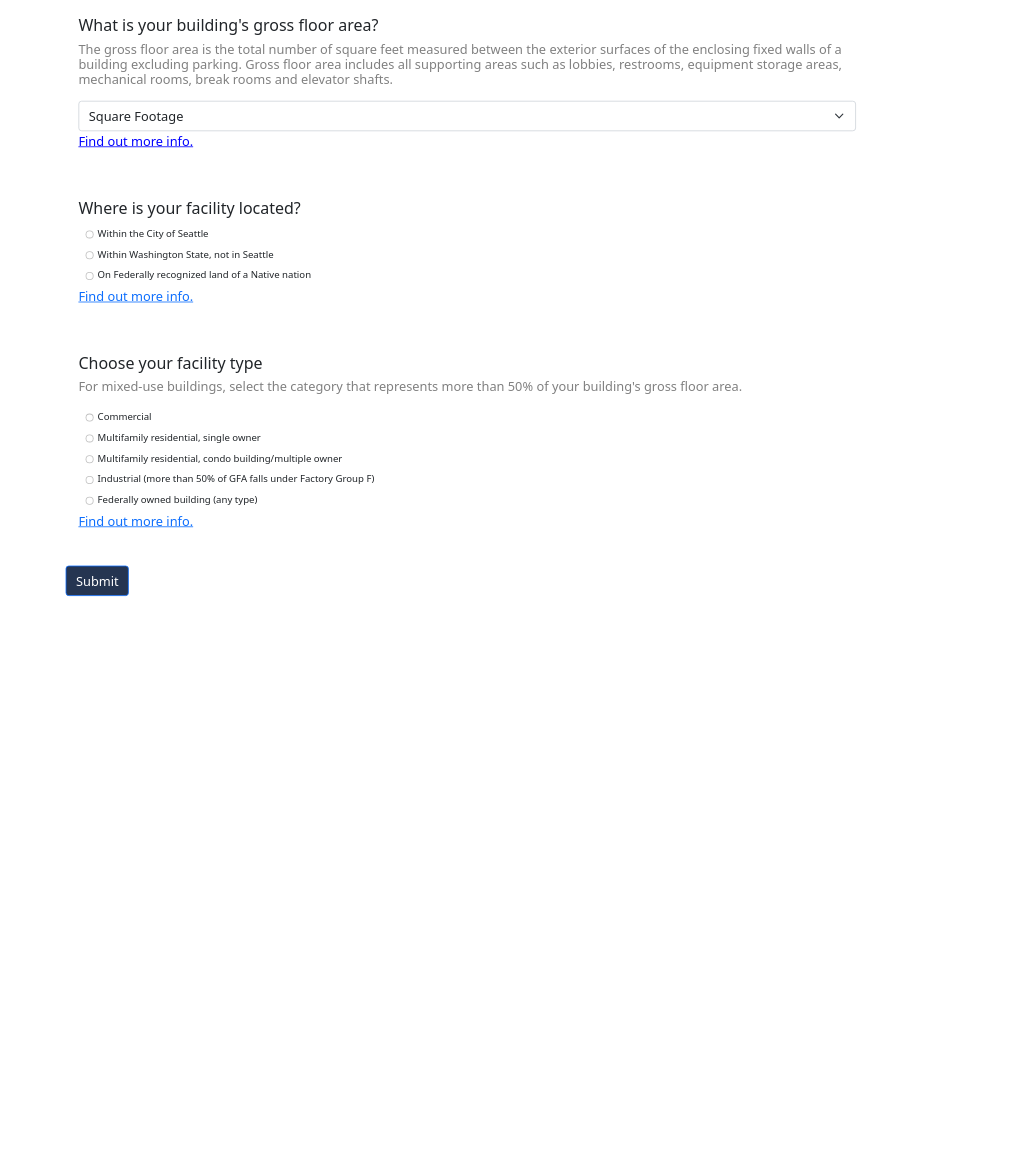
Repository: ChaidGPT/SershonSystemsQuiz
Page: index.html
The author's editor kept a copy of each file at every save. The page is drawn from the files as they stood at one save, then again after the next save.
The browser window is 1280 px wide. The pictures show the whole page, at 80% of full size.

Above is the page before, as saved 2023-07-08 20:40:02.

### index.html
<!DOCTYPE html>
<html>

<head>
	<meta charset="utf-8">
	<title>Quiz</title>
	<link rel="stylesheet" href="https://cdn.jsdelivr.net/npm/bootstrap@5.0.2/dist/css/bootstrap.min.css">
	<style>
	.card {
		width: 90%;
        border: none;
	}

	.card-column {
		display: flex;
		flex-direction: column;
		align-items: center;
		max-width: auto;
	}

    .btn {
        color: white;
        background-color: #253551;
    }

	.card-body p {
		font-size: 8;
		color: gray;
		line-height: 1.2;
	}

	.form-check-input[type="radio"] {
        font-size: 10px;
		margin-right: 5px;
    }

    .form-check-label {
        font-size: 12px;
    }

	.form-check {
  display: flex;
  align-items: center;
}

.info-link {
    color: blue;
}

#resultMessage {
  text-align: justify;
}
	</style>
</head>

<body>
	<div id="quizContainer" class="container">
		<!-- Question 1 Card -->
		<div class="card mb-1 mt-1">
			<div class="card-body">
				<h5 class="card-title">What is your building's gross floor area?</h5>
				<p class="card-text">The gross floor area is the total number of square feet measured between the exterior surfaces of the enclosing fixed walls of a building excluding parking. Gross floor area includes all supporting areas such as lobbies, restrooms, equipment storage areas, mechanical rooms, break rooms and elevator shafts.</p>
				<div class="form-group">
					<select id="buildingSize" type="number" class="form-select">
						<option value="">Square Footage</option>
						<option value="under20k">less than 20k square feet</option>
						<option value="20kTo30k">20k - 30k square feet</option>
						<option value="30kTo50k">30k - 50k square feet</option>
						<option value="50kTo70k">50k - 70k square feet</option>
						<option value="70kTo90k">70k - 90k square feet</option>
						<option value="90kTo100k">90k - 100k square feet</option>
						<option value="100kTo200k">100k - 200k square feet</option>
						<option value="200kTo220k">200k - 220k square feet</option>
						<option value="over220k">over 220k square feet</option>
					</select>
				</div>
				<a href="" target="_blank" class="info-link">Find out more info.</a>
			</div>
		</div>
		<!-- Question 1 Card End -->
		<br>
		<!-- Question 2 Card -->
		<div class="card mb-1">
			<div class="card-body">
				<h5 class="card-title">Where is your facility located?</h5>
				<div class="form-check">
					<input type="radio" id="seattle" name="buildingLocation" value="seattle" class="form-check-input">
					<label for="seattle" class="form-check-label">Within the City of Seattle</label>
				</div>
				<div class="form-check">
					<input type="radio" id="washington" name="buildingLocation" value="washington" class="form-check-input">
					<label for="washington" class="form-check-label">Within Washington State, not in Seattle</label>
				</div>
				<div class="form-check">
					<input type="radio" id="native" name="buildingLocation" value="native" class="form-check-input">
					<label for="native" class="form-check-label">On Federally recognized land of a Native nation</label>
				</div>
				<a href="" target="_blank">Find out more info.</a>
			</div>
		</div>
		<!-- Question 2 Card End -->
		<br>
		<!-- Question 3 Card -->
		<div class="card mb-1">
			<div class="card-body">
				<h5 class="card-title">Choose your facility type</h5>
				<p class="card-text">For mixed-use buildings, select the category that represents more than 50% of your building's gross floor area.</p>
				<div class="form-group">
					<div class="form-check">
						<input type="radio" id="commercial" name="facilityType" value="commercial" class="form-check-input">
						<label for="commercial" class="form-check-label">Commercial</label>
					</div>
					<div class="form-check">
						<input type="radio" id="MFsingle" name="facilityType" value="MFsingle" class="form-check-input">
						<label for="MFsingle" class="form-check-label">Multifamily residential, single owner</label>
					</div>
					<div class="form-check">
						<input type="radio" id="MFmultiple" name="facilityType" value="MFmultiple" class="form-check-input">
						<label for="MFmultiple" class="form-check-label">Multifamily residential, condo building/multiple owner</label>
					</div>
					<div class="form-check">
						<input type="radio" id="industrial" name="facilityType" value="industrial" class="form-check-input">
						<label for="industrial" class="form-check-label">Industrial (more than 50% of GFA falls under Factory Group F)</label>
					</div>
					<div class="form-check">
						<input type="radio" id="federal" name="facilityType" value="federal" class="form-check-input">
						<label for="federal" class="form-check-label">Federally owned building (any type)</label>
					</div>
				</div>
				<a href="" target="_blank">Find out more info.</a>
			</div>
		</div>
		<!-- Question 3 Card End -->
		<br>
		<button id="submitBtn" type="submit" class="btn btn-primary">Submit</button>
	</div>

	<div id="resultContainer" class="container d-flex align-items-center justify-content-center fade" style="height: 100vh; display: none;">
		<div class="text-center">
		  <p id="resultMessage"></p>
		</div>
	  </div>

	<script src="https://cdn.jsdelivr.net/npm/bootstrap@5.0.2/dist/js/bootstrap.bundle.min.js"></script>
	<script>

var messageTable = {
      'under20k-seattle-commercial': '9',
      'under20k-seattle-MFsingle': '9',
      'under20k-seattle-MFmultiple': '9',
      'under20k-seattle-industrial': '9',
      'under20k-seattle-federal': '9',
      'under20k-washington-commercial': '9',
      'under20k-washington-MFsingle': '9',
      'under20k-washington-MFmultiple': '9',
      'under20k-washington-industrial': '9',
      'under20k-washington-federal': '9',
      'under20k-native-commercial': '9',
      'under20k-native-MFsingle': '9',
      'under20k-native-MFmultiple': '9',
      'under20k-native-industrial': '9',
      'under20k-native-federal': '9',

      '20kTo30k-seattle-commercial': '8',
      '20kTo30k-seattle-MFsingle': '14',
      '20kTo30k-seattle-MFmultiple': '19',
      '20kTo30k-seattle-industrial': '9',
      '20kTo30k-seattle-federal': '9',
      '20kTo30k-washington-commercial': '23',
      '20kTo30k-washington-MFsingle': '23',
      '20kTo30k-washington-MFmultiple': '9',
      '20kTo30k-washington-industrial': '9',
      '20kTo30k-washington-federal': '9',
      '20kTo30k-native-commercial': '9',
      '20kTo30k-native-MFsingle': '9',
      '20kTo30k-native-MFmultiple': '9',
      '20kTo30k-native-industrial': '9',
      '20kTo30k-native-federal': '9',

      '30kTo50k-seattle-commercial': '7',
      '30kTo50k-seattle-MFsingle': '13',
      '30kTo50k-seattle-MFmultiple': '18',
      '30kTo50k-seattle-industrial': '9',
      '30kTo50k-seattle-federal': '9',
      '30kTo50k-washington-commercial': '23',
      '30kTo50k-washington-MFsingle': '23',
      '30kTo50k-washington-MFmultiple': '9',
      '30kTo50k-washington-industrial': '9',
      '30kTo50k-washington-federal': '9',
      '30kTo50k-native-commercial': '9',
      '30kTo50k-native-MFsingle': '9',
      '30kTo50k-native-MFmultiple': '9',
      '30kTo50k-native-industrial': '9',
      '30kTo50k-native-federal': '9',

      '50kTo70k-seattle-commercial': '6',
      '50kTo70k-seattle-MFsingle': '12',
      '50kTo70k-seattle-MFmultiple': '17',
      '50kTo70k-seattle-industrial': '9',
      '50kTo70k-seattle-federal': '9',
      '50kTo70k-washington-commercial': '22',
      '50kTo70k-washington-MFsingle': '23',
      '50kTo70k-washington-MFmultiple': '9',
      '50kTo70k-washington-industrial': '9',
      '50kTo70k-washington-federal': '9',
      '50kTo70k-native-commercial': '9',
      '50kTo70k-native-MFsingle': '9',
      '50kTo70k-native-MFmultiple': '9',
      '50kTo70k-native-industrial': '9',
      '50kTo70k-native-federal': '9',

      '70kTo90k-seattle-commercial': '5',
      '70kTo90k-seattle-MFsingle': '12',
      '70kTo90k-seattle-MFmultiple': '17',
      '70kTo90k-seattle-industrial': '9',
      '70kTo90k-seattle-federal': '9',
      '70kTo90k-washington-commercial': '22',
      '70kTo90k-washington-MFsingle': '23',
      '70kTo90k-washington-MFmultiple': '9',
      '70kTo90k-washington-industrial': '9',
      '70kTo90k-washington-federal': '9',
      '70kTo90k-native-commercial': '9',
      '70kTo90k-native-MFsingle': '9',
      '70kTo90k-native-MFmultiple': '9',
      '70kTo90k-native-industrial': '9',
      '70kTo90k-native-federal': '9',

      '90kTo100k-seattle-commercial': '4',
      '90kTo100k-seattle-MFsingle': '11',
      '90kTo100k-seattle-MFmultiple': '16',
      '90kTo100k-seattle-industrial': '9',
      '90kTo100k-seattle-federal': '9',
      '90kTo100k-washington-commercial': '21',
      '90kTo100k-washington-MFsingle': '23',
      '90kTo100k-washington-MFmultiple': '9',
      '90kTo100k-washington-industrial': '9',
      '90kTo100k-washington-federal': '9',
      '90kTo100k-native-commercial': '9',
      '90kTo100k-native-MFsingle': '9',
      '90kTo100k-native-MFmultiple': '9',
      '90kTo100k-native-industrial': '9',
      '90kTo100k-native-federal': '9',

      '100kTo200k-seattle-commercial': '3',
      '100kTo200k-seattle-MFsingle': '11',
      '100kTo200k-seattle-MFmultiple': '16',
      '100kTo200k-seattle-industrial': '9',
      '100kTo200k-seattle-federal': '9',
      '100kTo200k-washington-commercial': '21',
      '100kTo200k-washington-MFsingle': '23',
      '100kTo200k-washington-MFmultiple': '9',
      '100kTo200k-washington-industrial': '9',
      '100kTo200k-washington-federal': '9',
      '100kTo200k-native-commercial': '9',
      '100kTo200k-native-MFsingle': '9',
      '100kTo200k-native-MFmultiple': '9',
      '100kTo200k-native-industrial': '9',
      '100kTo200k-native-federal': '9',

      '200kTo220k-seattle-commercial': '2',
      '200kTo220k-seattle-MFsingle': '11',
      '200kTo220k-seattle-MFmultiple': '16',
      '200kTo220k-seattle-industrial': '9',
      '200kTo220k-seattle-federal': '9',
      '200kTo220k-washington-commercial': '21',
      '200kTo220k-washington-MFsingle': '23',
      '200kTo220k-washington-MFmultiple': '9',
      '200kTo220k-washington-industrial': '9',
      '200kTo220k-washington-federal': '9',
      '200kTo220k-native-commercial': '9',
      '200kTo220k-native-MFsingle': '9',
      '200kTo220k-native-MFmultiple': '9',
      '200kTo220k-native-industrial': '9',
      '200kTo220k-native-federal': '9',

      'over220k-seattle-commercial': '<b>Seattle Energy Benchmarking</b><br>\
    <ul>\
      <li>Oct 1st, 2023, then annually on June 1st</li>\
    </ul>\
    <b>WA Clean Buildings Performance Standard</b><br>\
    <ul>\
      <li>June 1st, 2024: last date to start 24-month data collection window</li>\
      <li>June 1st, 2025: energy management plan must be implemented</li>\
      <li>June 1st, 2026 compliance deadline, and every 5 years thereafter</li>\
    </ul>\
    <b>Seattle Building Emissions Performance Standard</b><br>\
    <ul>\
      <li>Oct 1st, 2027: reporting deadline</li>\
      <li>Oct 1st, 2031: compliance deadline</li>\
      <li>Every 5 years, achieving net zero emissions Oct 1st, 2041</li>\
    </ul>',
      'over220k-seattle-MFsingle': '10',
      'over220k-seattle-MFmultiple': '5',
      'over220k-seattle-industrial': '9',
      'over220k-seattle-federal': '9',
      'over220k-washington-commercial': '20',
      'over220k-washington-MFsingle': '23',
      'over220k-washington-MFmultiple': '9',
      'over220k-washington-industrial': '9',
      'over220k-washington-federal': '9',
      'over220k-native-commercial': '9',
      'over220k-native-MFsingle': '9',
      'over220k-native-MFmultiple': '9',
      'over220k-native-industrial': '9',
      'over220k-native-federal': '9'
    };

	document.querySelector("#submitBtn").addEventListener("click", function(event) {
  event.preventDefault();

  var DD = document.querySelector('#buildingSize').value;
  var R1 = document.querySelector('input[name="buildingLocation"]:checked').value;
  var R2 = document.querySelector('input[name="facilityType"]:checked').value;

  var combination = DD + '-' + R1 + '-' + R2;

  // Retrieve the message from the message table using the combination key
  var message = messageTable[combination] || 'Default message';

  // Hide the quiz container with fade animation
  var quizContainer = document.getElementById('quizContainer');
  quizContainer.classList.add('fade');
  setTimeout(function() {
    quizContainer.style.display = 'none';
    quizContainer.classList.remove('fade');
  }, 500); // Adjust the delay (in milliseconds) to match the animation duration

  // Display the result container with fade animation
  var resultContainer = document.getElementById('resultContainer');
  resultContainer.style.display = 'flex';
  document.getElementById('resultMessage').innerHTML = message;
  resultContainer.classList.add('show');
});

	</script>

</body>

</html>

After the next save:
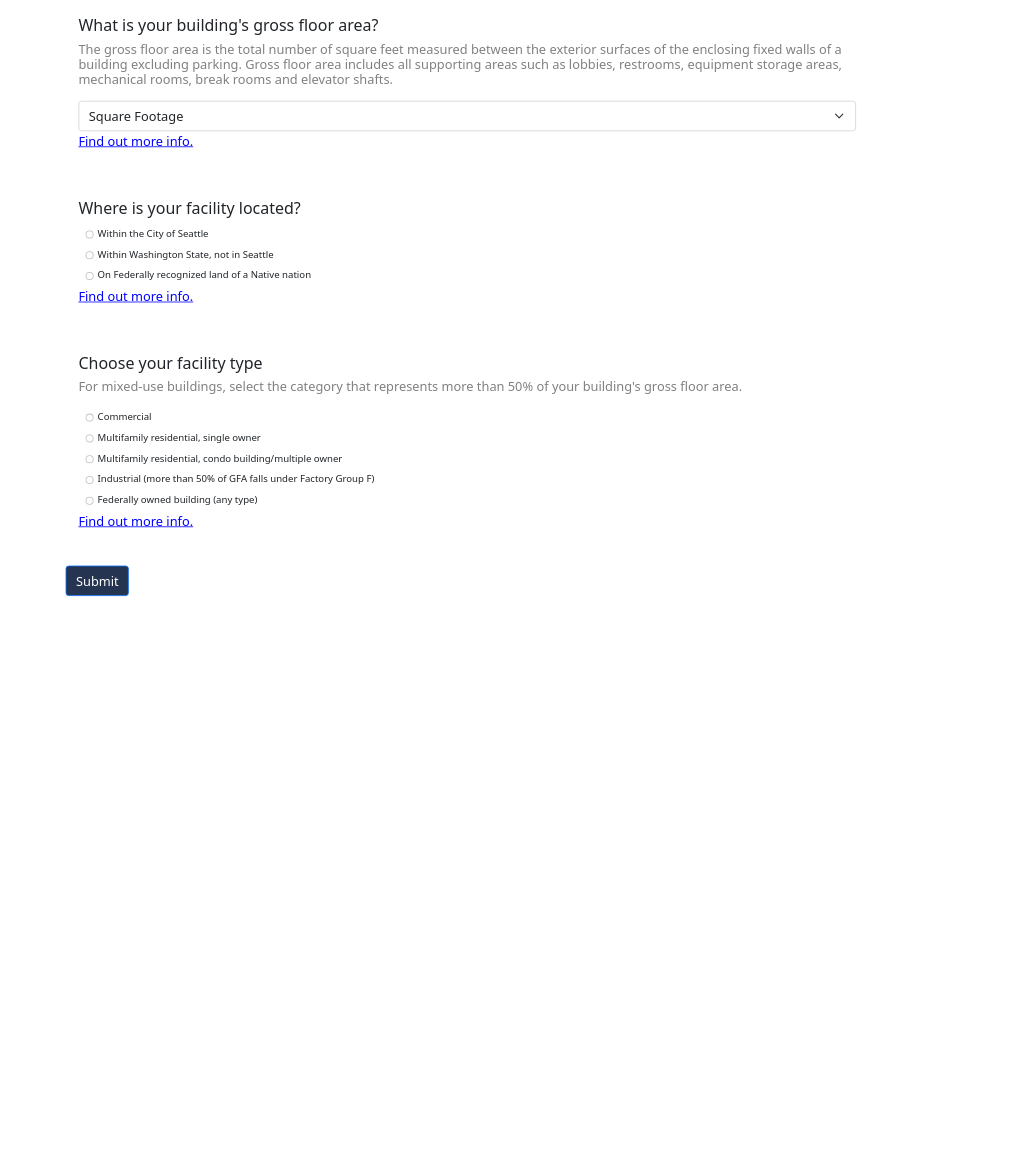
Saved 9 min 26 s later.
--- a/index.html
+++ b/index.html
@@ -95,7 +95,7 @@
 					<input type="radio" id="native" name="buildingLocation" value="native" class="form-check-input">
 					<label for="native" class="form-check-label">On Federally recognized land of a Native nation</label>
 				</div>
-				<a href="" target="_blank">Find out more info.</a>
+				<a href="" target="_blank" class="info-link">Find out more info.</a>
 			</div>
 		</div>
 		<!-- Question 2 Card End -->
@@ -127,7 +127,7 @@
 						<label for="federal" class="form-check-label">Federally owned building (any type)</label>
 					</div>
 				</div>
-				<a href="" target="_blank">Find out more info.</a>
+				<a href="" target="_blank" class="info-link">Find out more info.</a>
 			</div>
 		</div>
 		<!-- Question 3 Card End -->
